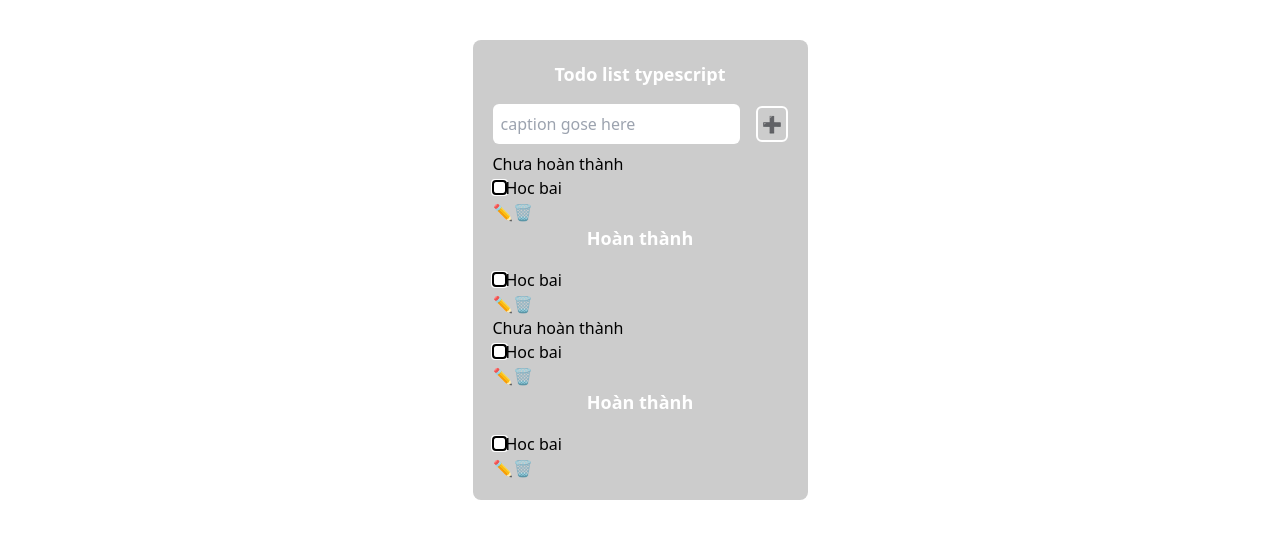
Repository: VIET-TU/react-super-main
Page: / (app in todolist-mybuild/)
The author's editor kept a copy of each file at every save. The page is drawn from the files as they stood at one save, then again after the next save.
The browser window is 1280 px wide. The pictures show the whole page.
The project was rebuilt for these pictures with package versions that can differ from the ones it lists, and the page was loaded fresh each time. Also part of the build but not shown: todolist-mybuild/vite.config.ts.

Above is the page before, as saved 2023-05-16 07:00:18.

After the next save:
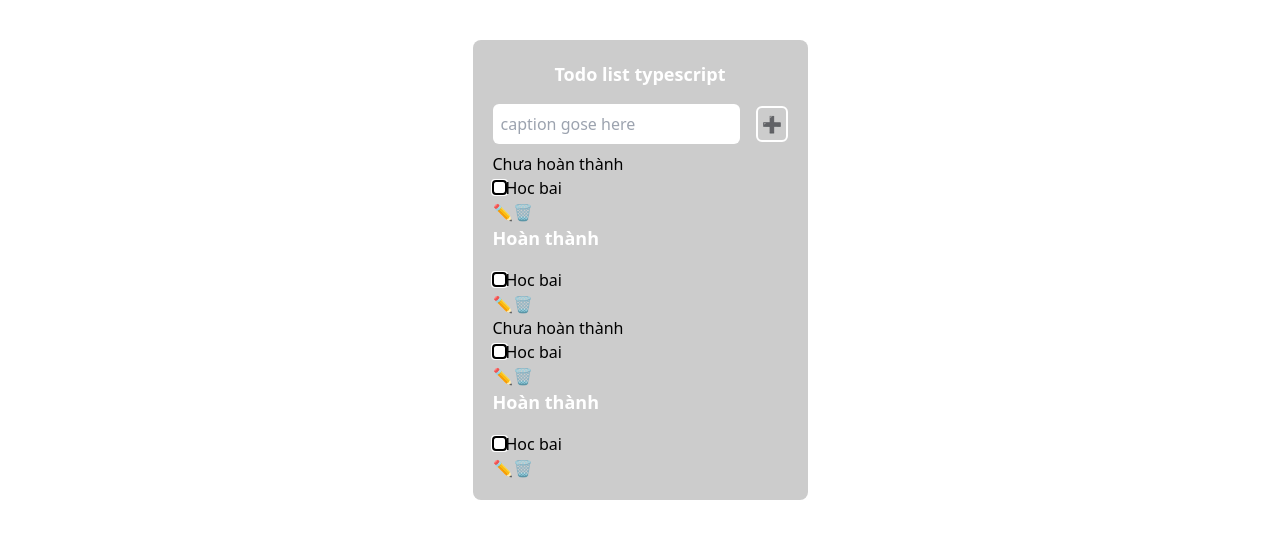
Saved 9 s later.
--- a/todolist-mybuild/src/components/TaskList/TaskList.tsx
+++ b/todolist-mybuild/src/components/TaskList/TaskList.tsx
@@ -17,7 +17,7 @@ const TaskList = () => {
         </div>
       </div>
       <div className='finish'>
-        <h2 className='mb-4 text-lg font-bold text-white text-[20px] text-center'>Hoàn thành</h2>
+        <h2 className='mb-4 text-lg font-bold text-white text-[20px]'>Hoàn thành</h2>
         <div className='tasks '>
           <div className='task'>
             <input type='checkbox' name='' id=' ' />
